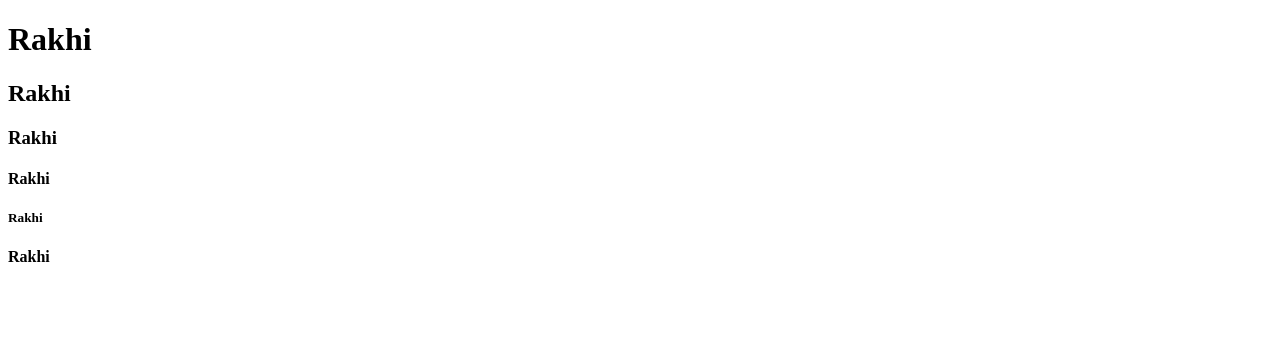
Repository: Ashishchakravartii/landingPage
Page: index.html
The author's editor kept a copy of each file at every save. The page is drawn from the files as they stood at one save, then again after a run of saves.
The browser window is 1280 px wide. The pictures show the whole page.

Above is the page before, as saved 2024-07-24 12:06:35.

### index.html
<!DOCTYPE html>
<html lang="en">
<head>
    <meta charset="UTF-8">
    <meta name="viewport" content="width=device-width, initial-scale=1.0">
    <title>Document</title>
</head>
<body>

    <h1>Rakhi</h1>
    <h2>Rakhi</h2>
    <h3>Rakhi</h3>
    <h4>Rakhi</h4>
    <h5>Rakhi</h5>
    <h4>Rakhi</h4>

</body>
</html>

After the next 4 saves:
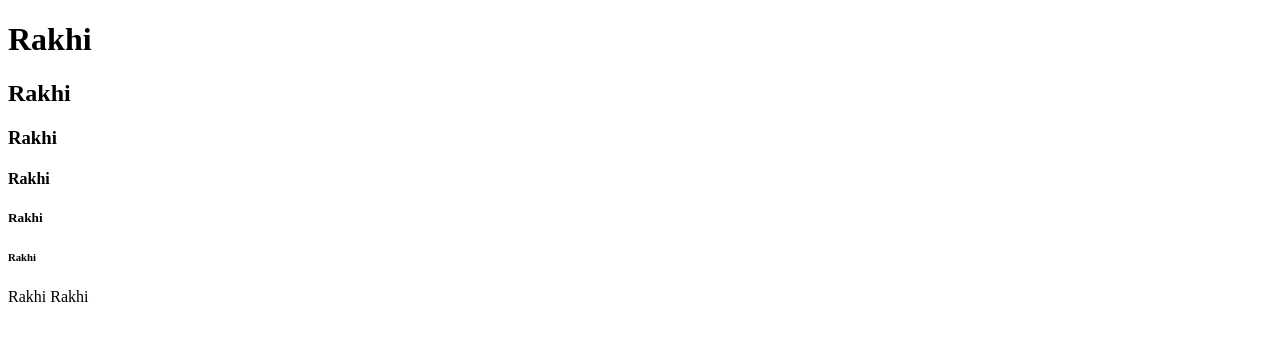
The 4 saves are shown as one change because they came seconds apart.
The last was saved 10 s later.
--- a/index.html
+++ b/index.html
@@ -12,7 +12,9 @@
     <h3>Rakhi</h3>
     <h4>Rakhi</h4>
     <h5>Rakhi</h5>
-    <h4>Rakhi</h4>
+    <h6>Rakhi</h6>
+    <h7>Rakhi</h7>
+    <h>Rakhi</h>
 
 </body>
 </html>
